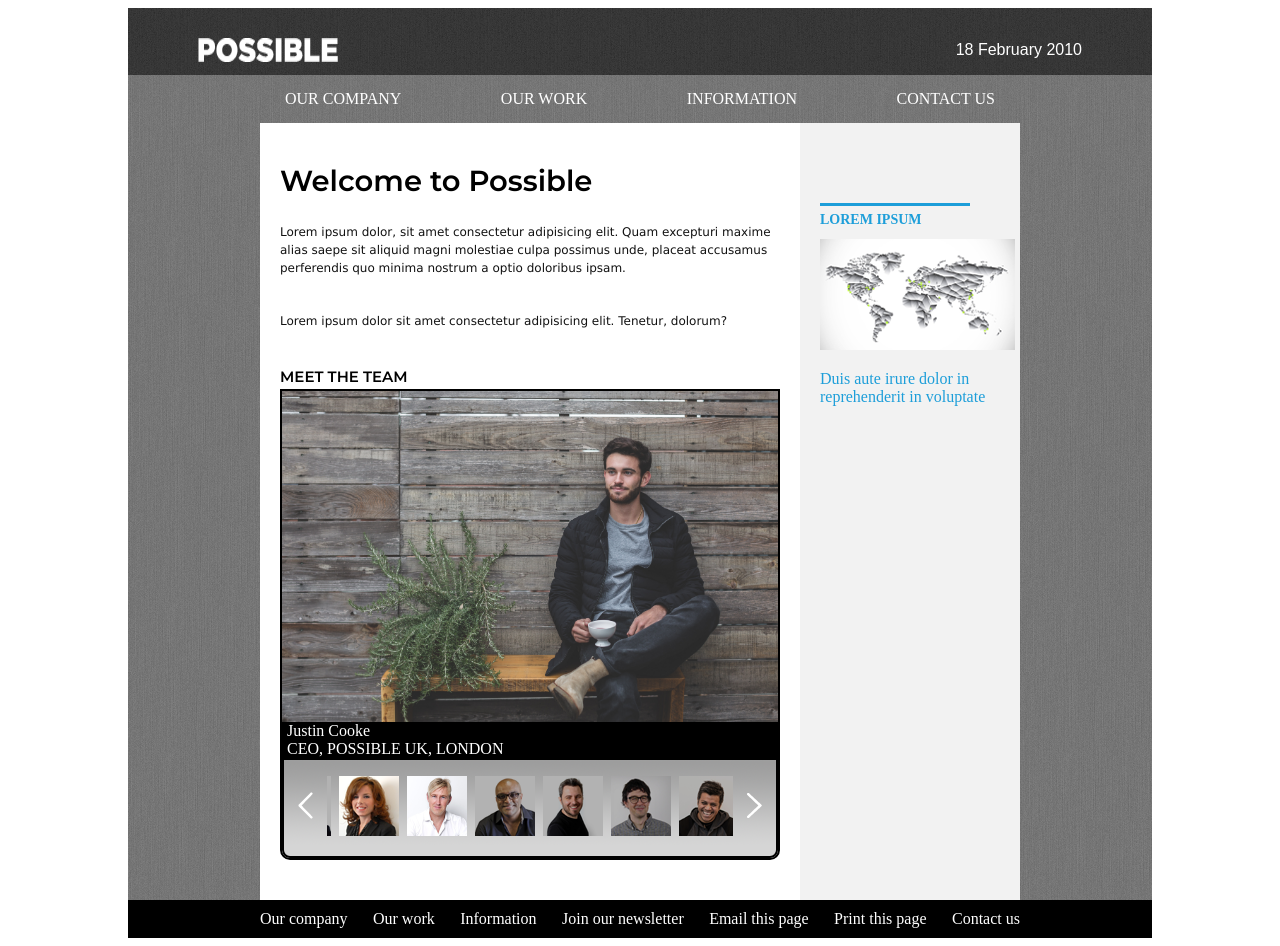
Repository: grzegorzgebala/possible-site
Page: index.html
An editor plug-in stored every save of this project. The page is shown before and after the next save, followed by the edit.
The browser window is 1280 px wide. The pictures show the whole page.
After loading, the first visible `button.leftArrow` was clicked once.
The style sheet was rebuilt from its Sass, Less or Tailwind sources for each picture, by a compiler version that may differ from the author's.

Above is the page before, as saved 2020-02-16 19:17:35.

After the next save:
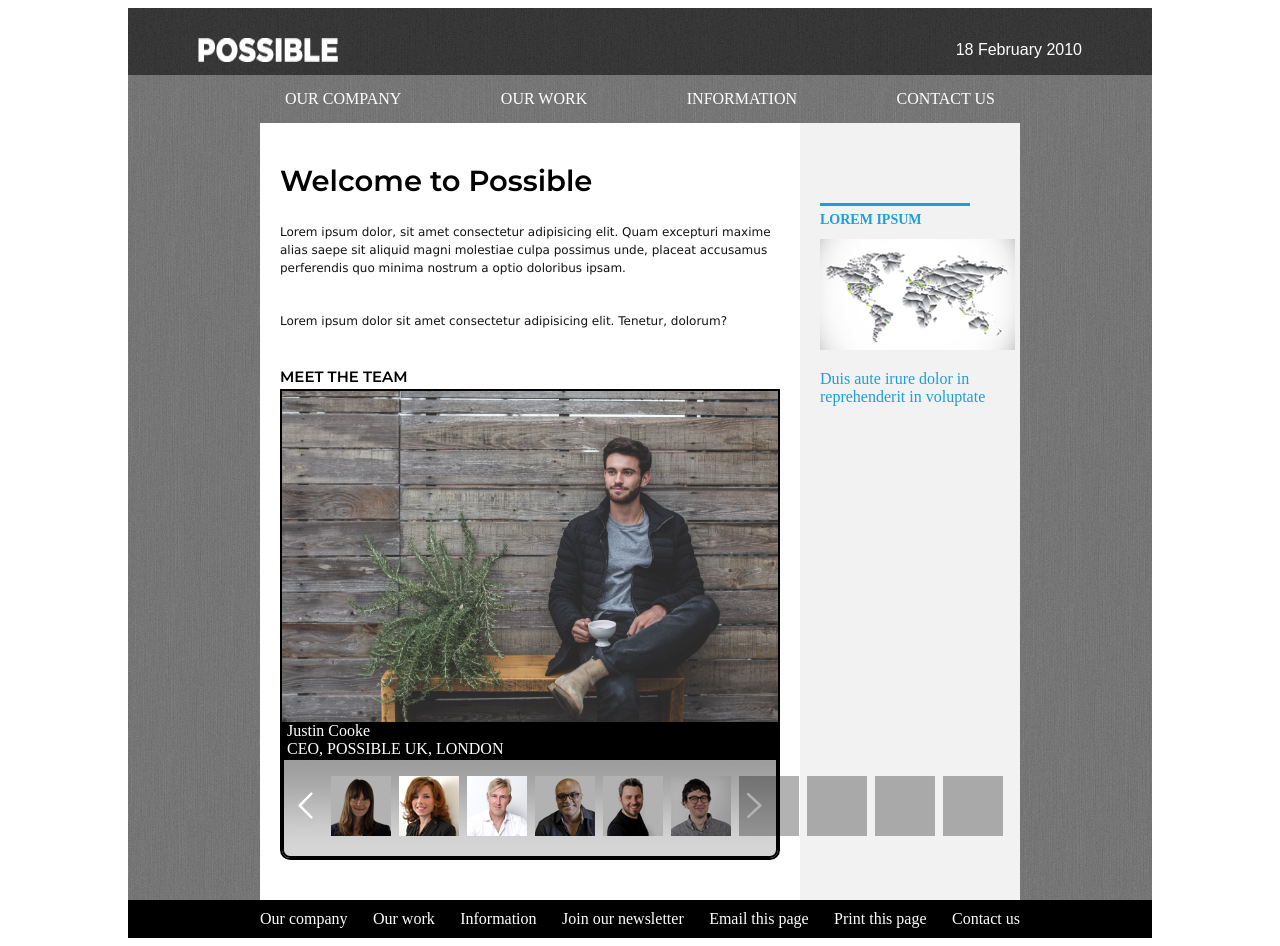
Console error: ReferenceError: tergetSlide is not defined
Saved 54 s later.
--- a/js/script.js
+++ b/js/script.js
@@ -28,7 +28,7 @@ const setSlidePosition = (slide, index) => {
 
 slides.forEach(setSlidePosition);
 
-const moveToSLide = () => {
+const moveToSLide = (track, currentSlide, targetSlide) => {
     track.style.transform = 'translateX(-' + tergetSlide.style.left + ')';
     currentSlide.classList.remove('currentSlide');
     tergetSlide.classList.add('currentSlide');
@@ -38,11 +38,7 @@ const moveToSLide = () => {
 prevButton.addEventListener('click', e => {
     const currentSlide = track.querySelector(".currentSlide");
     const nextSlide = currentSlide.nextElementSibling;
-    const amountToMove = nextSlide.style.left;
-
-    track.style.transform = 'translateX(-' + amountToMove + ')';
-    currentSlide.classList.remove('currentSlide');
-    nextSlide.classList.add('currentSlide');
+    moveToSLide(track, currentSlide, nextSlide);
 })
 
 // when I click left, move slides to the left
